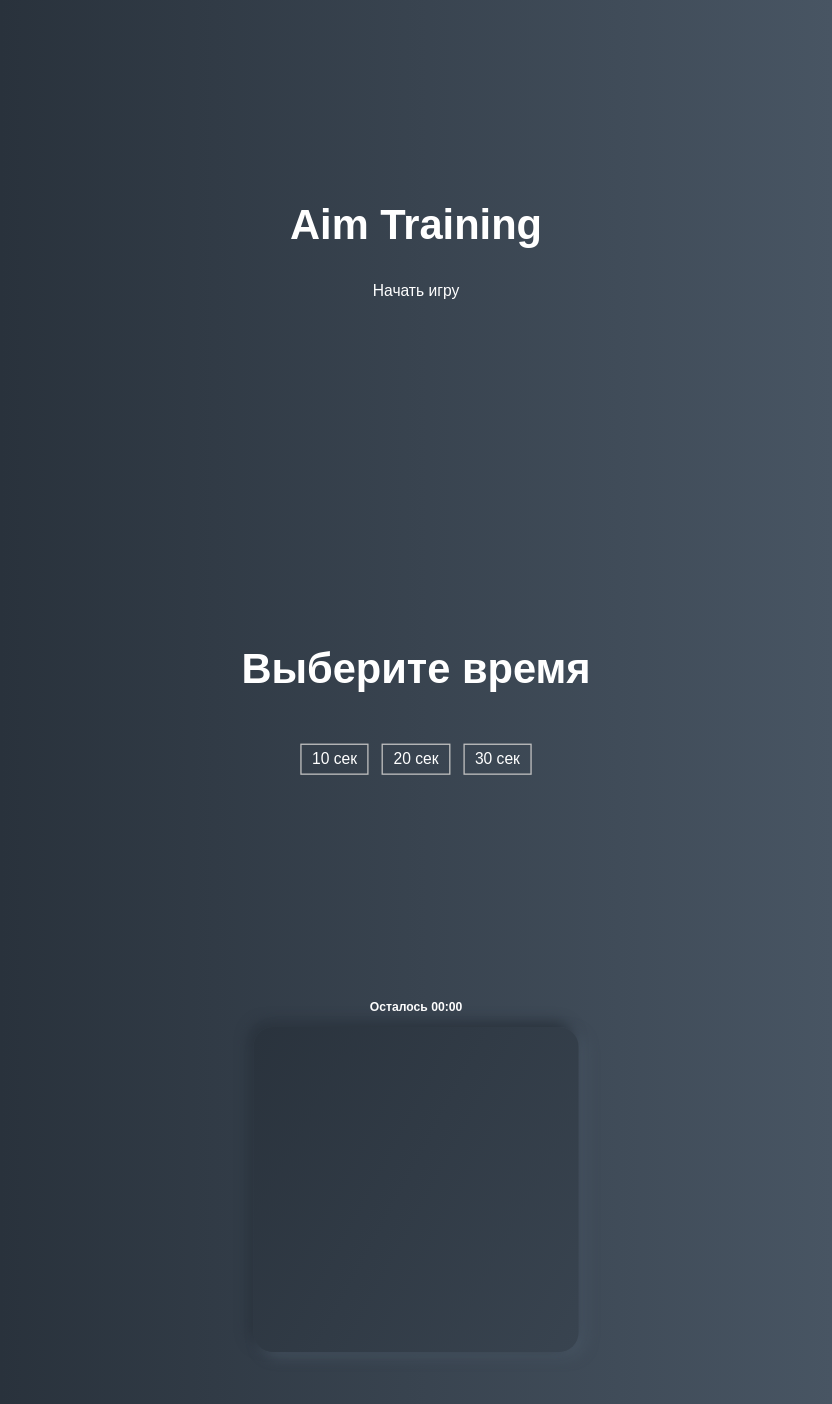
Repository: MorgunovaAlexandra/game-sourses
Page: index.html
The author's editor kept a copy of each file at every save. The page is drawn from the files as they stood at one save, then again after a run of saves.
The browser window is 1280 px wide. The pictures show the whole page, at 65% of full size.
Some web fonts or font styles are not loaded; a fallback is used.

Above is the page before, as saved 2022-07-02 13:18:25.

After the next 4 saves:
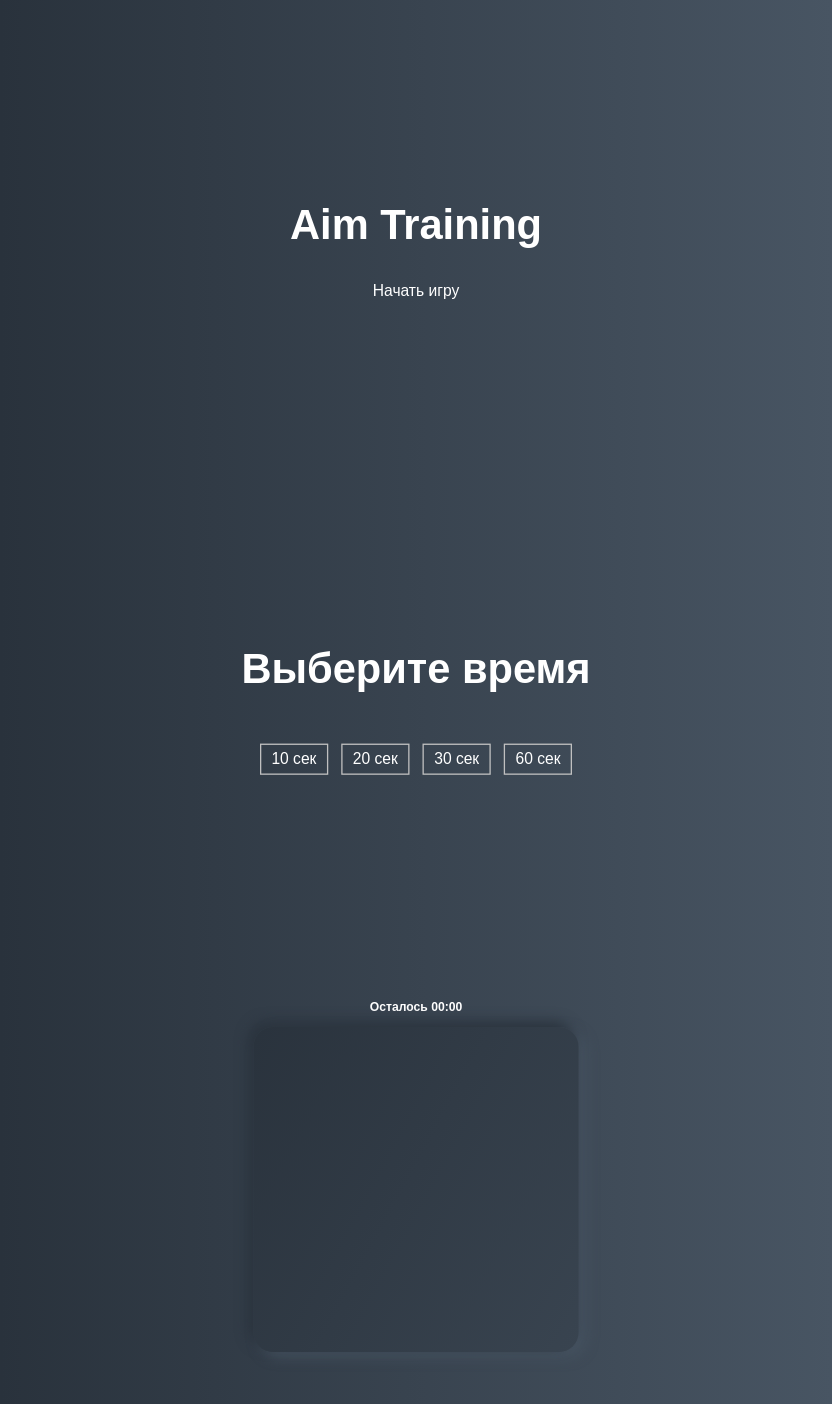
The 4 saves are shown as one change because they came seconds apart.
The last was saved 2 min 29 s later.
--- a/index.html
+++ b/index.html
@@ -30,6 +30,11 @@
             30 сек
           </button>
         </li>
+        <li>
+          <button class="time-btn" data-time="30">
+            60 сек
+          </button>
+        </li>
       </ul>
     </div>
 
